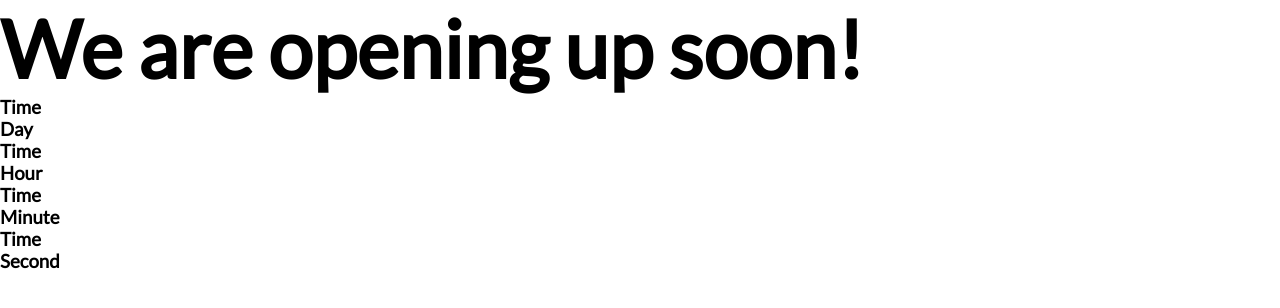
Repository: PratypartyY2K/JavaScript-Projects
Page: Countdown/index.html
The author's editor kept a copy of each file at every save. The page is drawn from the files as they stood at one save, then again after the next save.
The browser window is 1280 px wide. The pictures show the whole page.

Above is the page before, as saved 2021-05-13 16:40:45.

### Countdown/index.html
<!DOCTYPE html>
<html lang="en">

<head>
    <meta charset="UTF-8">
    <meta http-equiv="X-UA-Compatible" content="IE=edge">
    <meta name="viewport" content="width=device-width, initial-scale=1.0">
    <title>Countdown</title>
    <link rel="preconnect" href="https://fonts.gstatic.com">
    <link href="https://fonts.googleapis.com/css2?family=Lato&display=swap" rel="stylesheet">
    <link rel="stylesheet" href="styles.css">
</head>

<body>
    <section class="coming-soon">
        <div>
            <h2>We are opening up soon!</h2>
            <div class="countdown">
                <div class="container-day">
                    <h3 class="day">Time</h3>
                    <h3>Day</h3>
                </div>
                <div class="container-hour">
                    <h3 class="hour">Time</h3>
                    <h3>Hour</h3>
                </div>
                <div class="container-minute">
                    <h3 class="minute">Time</h3>
                    <h3>Minute</h3>
                </div>
                <div class="container-second">
                    <h3 class="second">Time</h3>
                    <h3>Second</h3>
                </div>
            </div>
        </div>
    </section>
    <script src="app.js"></script>
</body>

</html>

### Countdown/styles.css
* {
    margin: 0;
    padding: 0;
    box-sizing: border-box;
}

body {
    font-family: "Lato", sans-serif;
}

h2 {
    font-size: 5rem;
    font-weight: bold;
}

.coming-sson {
    min-height: 100vh;
    display: flex;
}

Loaded but not shown: Countdown/app.js (no copy from this time; the picture is the same without it)

After the next save:
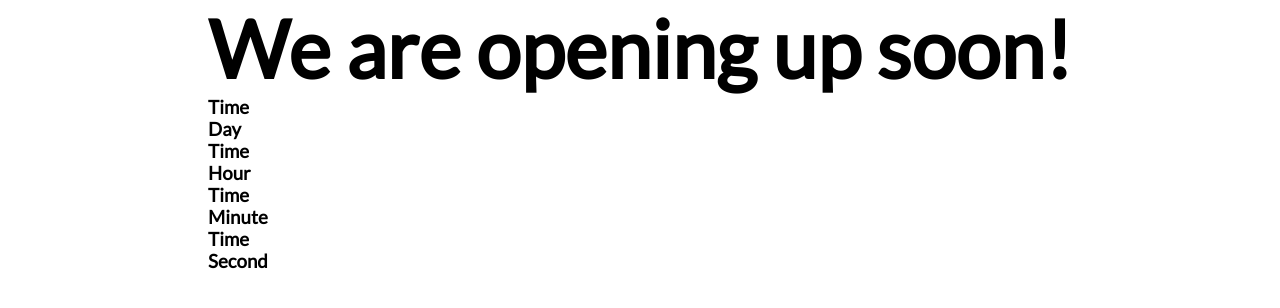
Saved 35 s later.
--- a/Countdown/styles.css
+++ b/Countdown/styles.css
@@ -13,7 +13,9 @@
     font-weight: bold;
 }
 
-.coming-sson {
+.coming-soon {
     min-height: 100vh;
     display: flex;
+    flex-direction: column;
+    align-items: center;
 }
